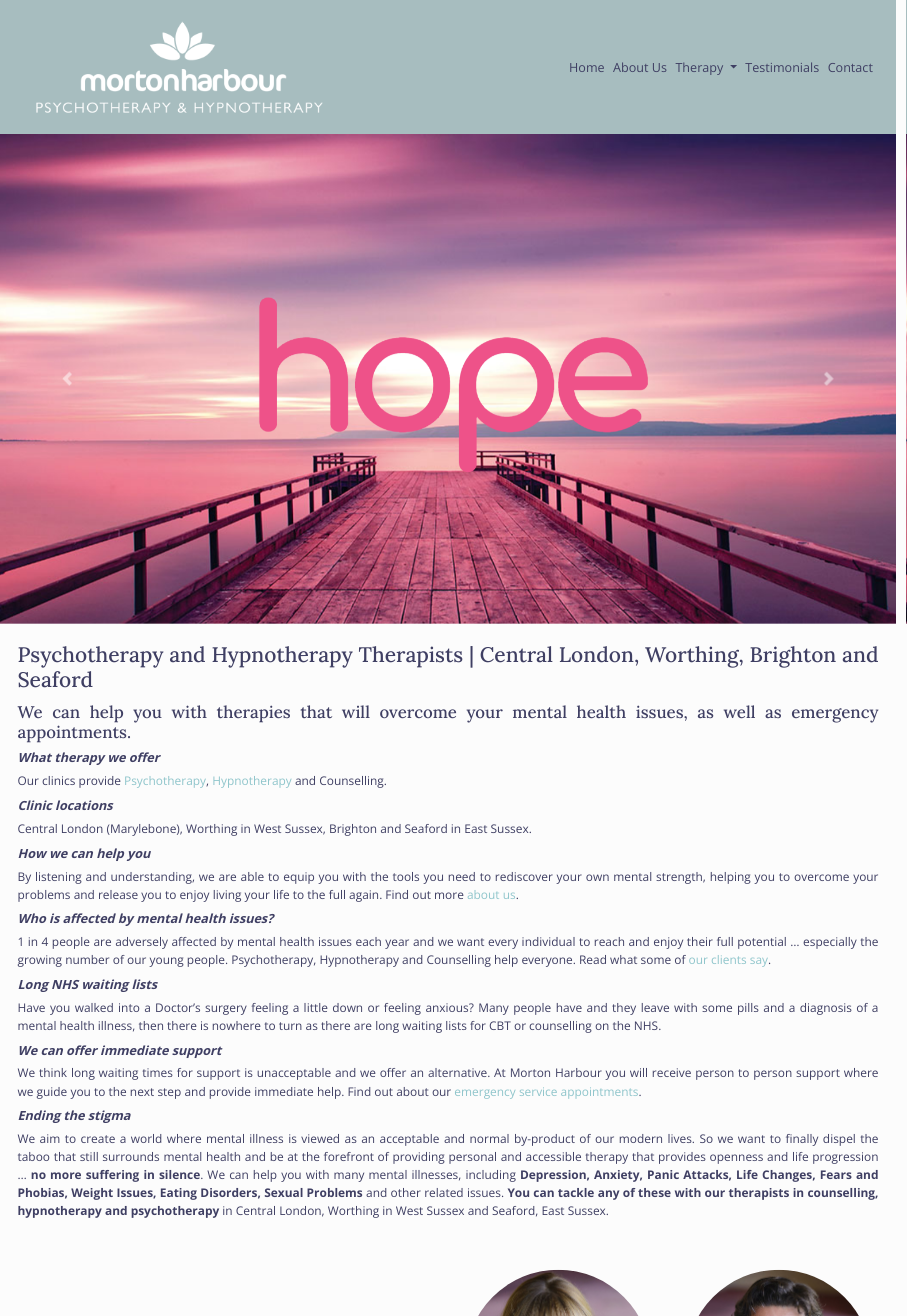
Repository: Code-Institute-Submissions/mortonharbour
Page: index.html
The author's editor kept a record of every edit. The page is drawn from the files as they stood at one moment, then again after the next edit.
The browser window is 1280 px wide. The page is 1295 px wide, so the pictures cover 1295 px, including what lies to the right of the window. The pictures show the part of the page from y = 0 to 1880 px (the page is 3219 px tall), at 70% of full size.
Some web libraries are served in a nearby version.

Above is the page before.

### index.html
<!DOCTYPE html>
<html lang="en">

<head>
    <meta charset="UTF-8">
    <meta name="viewport" content="width=device-width, initial-scale=1.0">
    <meta http-equiv="X-UA-Compatible" content="ie=edge">

    <!--Links to Bootstrap, JavaScript and FontAwesome cdn, customer style.css file-->
    <link rel="stylesheet" href="https://stackpath.bootstrapcdn.com/bootstrap/4.4.0/css/bootstrap.min.css" integrity="sha384-SI27wrMjH3ZZ89r4o+fGIJtnzkAnFs3E4qz9DIYioCQ5l9Rd/7UAa8DHcaL8jkWt" crossorigin="anonymous">
    <link rel="stylesheet" href="https://stackpath.bootstrapcdn.com/font-awesome/4.7.0/css/font-awesome.min.css" type="text/css" />
    <script src="https://code.jquery.com/jquery-3.2.1.slim.min.js" integrity="sha384-KJ3o2DKtIkvYIK3UENzmM7KCkRr/rE9/Qpg6aAZGJwFDMVNA/GpGFF93hXpG5KkN" crossorigin="anonymous"></script>
    <script src="https://cdnjs.cloudflare.com/ajax/libs/popper.js/1.11.0/umd/popper.min.js" integrity="sha384-b/U6ypiBEHpOf/4+1nzFpr53nxSS+GLCkfwBdFNTxtclqqenISfwAzpKaMNFNmj4" crossorigin="anonymous"></script>
    <script src="https://maxcdn.bootstrapcdn.com/bootstrap/4.0.0-beta/js/bootstrap.min.js" integrity="sha384-h0AbiXch4ZDo7tp9hKZ4TsHbi047NrKGLO3SEJAg45jXxnGIfYzk4Si90RDIqNm1" crossorigin="anonymous"></script>

    <link rel="stylesheet" href="assets/css/style.css" />

    <title>MortonHarbour</title>
</head>

<body>
    <header>
        <div class="container-fluid">
            <nav class="navbar navbar-expand-lg navbar-light">
                <a href="index.html" class="col-sm-4 logo"><span class="sr-only">Go to our home page</span></a>

                <button class="navbar-toggler" type="button" data-toggle="collapse" data-target="#navbarSupportedContent" aria-controls="navbarSupportedContent" aria-expanded="false" aria-label="Toggle navigation">
            <span class="navbar-toggler-icon"></span>
            </button>
                <div class="collapse navbar-collapse justify-content-end" id="navbarSupportedContent">
                    <ul class="navbar-nav">
                        <li class="nav-item active">
                            <a class="nav-link" href="index.html"><span class="sr-only">Go to our home page</span>Home</a>
                        </li>
                        <li class="nav-item active">
                            <a class="nav-link" href="about us.html"><span class="sr-only">Learn more about us</span>About Us</a>
                        </li>
                        <li class="nav-item dropdown">
                            <a class="nav-link dropdown-toggle" href="therapy.html" id="navbarDropdown" role="button" data-toggle="dropdown" aria-haspopup="true" aria-expanded="false">
                          Therapy
                        </a>
                            <div class="dropdown-menu" aria-labelledby="navbarDropdown">
                                <a class="dropdown-item" href="psychotherapy.html"><span class="sr-only">Find out about psychotherapy we offer</span>Psychotherapy</a>
                                <a class="dropdown-item" href="hypnotherapy.html"><span class="sr-only">Find out about hypnotherapy we offer</span>Hypnotherapy</a>
                            </div>
                        </li>
                        <li class="nav-item active">
                            <a class="nav-link" href="testimonials.html"><span class="sr-only">Find out what our clients say</span>Testimonials</a>
                        </li>
                        <li class="nav-item active">
                            <a class="nav-link" href="contact.html"><span class="sr-only">Contact Us</span>Contact</a>
                        </li>
                    </ul>
                </div>

            </nav>
        </div>
    </header>

    <!------------------------------------------------------------Carousel-Bootstrap-->

    <section class="hope-slide">
        <img class="d-block w-100" src="assets/images/hope-carousel.PNG" alt="First slide">
        <span class="sr-only">Hope image</span>
    </section>

    <section class="carousel-display">
        <div id="carouselExampleControls" class="carousel slide" data-interval="7000" data-ride="carousel">
            <div class="carousel-inner">
                <div class="carousel-item active">
                    <img class="d-block w-100" src="assets/images/hope-carousel.PNG" alt="First slide">
                </div>
                <div class="carousel-item other-slides">
                    <img class="d-block w-100" src="assets/images/anxiety-carousel.PNG" alt="Second slide">
                </div>
                <div class="carousel-item other-slides">
                    <img class="d-block w-100" src="assets/images/depression-carousel.PNG" alt="Third slide">
                </div>
                <div class="carousel-item other-slides">
                    <img class="d-block w-100" src="assets/images/sm-addiction-carousel.PNG" alt="Fourth slide">
                </div>
                <div class="carousel-item other-slides">
                    <img class="d-block w-100" src="assets/images/stress-carousel.PNG" alt="Fifth slide">
                </div>
            </div>
            <a class="carousel-control-prev" href="#carouselExampleControls" role="button" data-slide="prev">
    <span class="carousel-control-prev-icon" aria-hidden="true"></span>
    <span class="sr-only">Previous</span>
  </a>
            <a class="carousel-control-next" href="#carouselExampleControls" role="button" data-slide="next">
    <span class="carousel-control-next-icon" aria-hidden="true"></span>
    <span class="sr-only">Next</span>
  </a>
        </div>
    </section>
    <!------------------------------------------------------------End of Carousel-Bootstrap-->

    <!------------------------------------------------------------Initial content-->
    <section class="main-content-text">
        <div>
            <h1>Psychotherapy and Hypnotherapy Therapists | Central London, Worthing, Brighton and Seaford</h1>
            <h2>We can help you with therapies that will overcome your mental health issues, as well as emergency appointments.</h2>
        </div>
        <div>
            <h4><b><em>What therapy we offer</em></b></h4>
            <p>Our clinics provide <a href="psychotherapy.html" class="website-links"><span class="sr-only">Find out about psychotherapy we offer</span>Psychotherapy</a>, <a href="hypnotherapy.html" class="website-links"><span class="sr-only">Find out about hypnotherapy we offer</span>Hypnotherapy</a>                and Counselling.</p>
            <h4><b><em>Clinic locations</em></b></h4>
            <p>Central London (Marylebone), Worthing in West Sussex, Brighton and Seaford in East Sussex.</p>
            <h4><b><em>How we can help you</em></b></h4>
            <p>By listening and understanding, we are able to equip you with the tools you need to rediscover your own mental strength, helping you to overcome your problems and release you to enjoy living your life to the full again. Find out more
                <a href="about us.html" class="website-links"><span class="sr-only">Find out more about us</span>about us</a>.</p>
            <h4><b><em>Who is affected by mental health issues?</em></b></h4>
            <p>1 in 4 people are adversely affected by mental health issues each year and we want every individual to reach and enjoy their full potential … especially the growing number of our young people. Psychotherapy, Hypnotherapy and Counselling help
                everyone. Read what some of <a href="testimonials.html" class="website-links"><span class="sr-only">Find out what our clients say</span>our clients say</a>.</p>
            <h4><b><em>Long NHS waiting lists</em></b></h4>
            <p>Have you walked into a Doctor’s surgery feeling a little down or feeling anxious? Many people have and they leave with some pills and a diagnosis of a mental health illness, then there is nowhere to turn as there are long waiting lists for
                CBT or counselling on the NHS.</p>
            <h4><b><em>We can offer immediate support</em></b></h4>
            <p>We think long waiting times for support is unacceptable and we offer an alternative. At Morton Harbour you will receive person to person support where we guide you to the next step and provide immediate help. Find out about our <a href="contact.html"
                    class="website-links"><span class="sr-only">emergency appointments</span>emergency service appointments</a>.</p>
            <h4><b><em>Ending the stigma</em></b></h4>
            <p>We aim to create a world where mental illness is viewed as an acceptable and normal by-product of our modern lives. So we want to finally dispel the taboo that still surrounds mental health and be at the forefront of providing personal and
                accessible therapy that provides openness and life progression … <strong>no more suffering in silence</strong>. We can help you with many mental illnesses, including <b>Depression, Anxiety, Panic Attacks, Life Changes, Fears and Phobias, Weight
                    Issues, Eating Disorders, Sexual Problems</b> and other related issues. <b>You can tackle any of these with our therapists in counselling, hypnotherapy and psychotherapy</b> in Central London, Worthing in West Sussex and Seaford, East
                Sussex.
            </p>
        </div>
    </section>

    <!------------------------------------------------------------End of Initial content-->

    <!------------------------------------------------------------<Meet our Therapists-->
    <section class="main-content-text">
        <div class="row">
            <div class="col-sm-6 my-auto">
                <h3>Meet our therapists</h3>
                <p>Our therapists are fully qualified and experienced and offer Psychotherapy, Hypnotherapy and Counselling. We offer a free inital consultation of 30 mins and can see you in one of our clinics in London, Worthing, Brighton or Seaford.</p>
            </div>
            <div class="col-sm-3">
                <a href="about us.html">
                    <figure class="figure">
                        <img src="assets/images/magda-square.png" class="figure-img img-fluid rounded-circle" alt="Responsive image">
                        <figcaption class="figure-caption text-center">Magda Harbour</figcaption>
                        <span class="sr-only">Image of Magda</span>
                    </figure>
                </a>
            </div>
            <div class="col-sm-3">
                <a href="about us.html">
                    <figure class="figure">
                        <img src="assets/images/christian-square.png" class="figure-img img-fluid rounded-circle" alt="Responsive image">
                        <figcaption class="figure-caption text-center">Christian Morton</figcaption>
                        <span class="sr-only">Image of Christian</span>
                    </figure>
                </a>
            </div>
        </div>
    </section>
    <!------------------------------------------------------------<End of Meet our Therapists-->

    <!------------------------------------------------------------<Testimonial Cards-->
    <section>
        <div class="card-deck">
            <div class="card testimonial-cards-olive">
                <img class="card-img-top quote-icons" src="assets/images/quote-left.png" alt="Card image cap">
                <div class="card-body">
                    <p class="card-text">I’m sorry to go on, I hope you don’t mind me sending this, it’s my way of saying thanks – you have played such a big part in all this change and when I think how totally unhappy I was when I first met you, it’s hard to believe. The
                        only downside to being happy is the end of our sessions, but if you ever need a friend you know where I am. Thanks again and take care.</p>
                    <img class="card-img-top quote-icons" src="assets/images/quote-right.png" alt="Card image cap"></br>
                    <p class="card-text text-center caption-text"><small>Deb M | Seaford</small></p>
                </div>
            </div>
            <div class="card testimonial-cards-rose">
                <img class="card-img-top quote-icons" src="assets/images/quote-left.png" alt="Card image cap">
                <div class="card-body">
                    <p class="card-text">When you have lived with systematic emotional abuse for 28 years your self esteem is non existent. When you look in the mirror you do not recognise the person staring back at you and what you see is not a good look. I had lost complete
                        control of every aspect of my life and was, I’m sorry to say, near breaking point. Seeing Christian on a regular basis over the past 2 years has changed that completely. I have regained my self respect, my self esteem, my self
                        worth and become the person I never believed I could be. I am the person I always wanted to be. Thank you Christian for giving me the tools to do all this.</p>
                    <img class="card-img-top quote-icons" src="assets/images/quote-right.png" alt="Card image cap"></br>
                    <p class="card-text text-center caption-text"><small>Nic C | Worthing</small></p>
                </div>
            </div>
            <div class="card testimonial-cards-olive">
                <img class="card-img-top quote-icons" src="assets/images/quote-left.png" alt="Card image cap">
                <div class="card-body">
                    <p class="card-text">Hi Magda, hope your okay. I have been doing so well and keeping very positive, I also have a job interview tomorrow, which I’m very excited about, so fingers crossed I get it ! I would love to come and see you but actually don’t feel
                        I need to… let’s hope it stays that way. Thank you for all your help getting me this far, I’m so proud of myself. Lots of love xx</p>
                    <img class="card-img-top quote-icons" src="assets/images/quote-right.png" alt="Card image cap"></br>
                    <p class="card-text text-center caption-text"><small>Nic C | Worthing</small></p>
                </div>
            </div>
        </div>
    </section>
    <!------------------------------------------------------------<End of Testimonial Cards-->

    <!------------------------------------------------------------<Newsletter Sign Up-->
    <section>
        <div class="card testimonial-cards-rose newsletter-signup">
            <form action="#" method="post">
                <div class="div">
                    <h3><b>Sign up to our Newsletter</b></h3>
                    <p>For the latest news straight from the therapy room</p>
                </div>
                <fieldset>
                    <input type="text" name="Name" placeholder="First Name" id="first-name" required/>
                    <input type="text" name="Surname" placeholder="Last Name" id="last-name" required/>
                    <input type="email" name="Email" placeholder="Email Address" id="email-address" required/></br>
                </fieldset>
                <input type="button" value="Sign Up" id="submit-button" data-toggle="modal" data-target="#newsletterModal" />
            </form>
        </div>
        <div class="modal fade" id="newsletterModal" tabindex="-1" role="dialog" aria-labelledby="newsletterModalLabel" aria-hidden="true">
            <div class="modal-dialog" role="document">
                <div class="modal-content">
                    <div class="modal-body">
                        <p>Thank you for siging up to our newsletter.</br>
                            We have sent you an email to confirm your subscription.</p>
                        <button type="button" class="btn btn-secondary" data-dismiss="modal">Close</button>
                    </div>
                </div>
            </div>
        </div>
        </div>
    </section>
    <!------------------------------------------------------------<End of Newsletter Sign Up-->

    <footer class="container-fluid">
        <div class="row">
            <a href="index.html" class="col-sm-4 footer-logo">
                <span class="sr-only">Go to our home page</span>
            </a>
            <div class="div col-sm-4"></div>
            <div class="col-sm-4">
                <ul class="list-inline text-center social-media-icons">
                    <li class="list-inline-item">
                        <a target="_blank" href="https://www.facebook.com/MortonHarbour/">
                            <i class="fa fa-facebook" aria-hidden="true"></i>
                            <span class="sr-only">Facebook opens in a new window</span>
                        </a>
                    </li>
                    <li class="list-inline-item">
                        <a target="_blank" href="https://twitter.com/mortonharbour">
                            <i class="fa fa-twitter" aria-hidden="true"></i>
                            <span class="sr-only">Twitter opens in a new window</span>
                        </a>
                    </li>
                    <li class="list-inline-item">
                        <a target="_blank" href="https://www.instagram.com/morton_harbour/">
                            <i class="fa fa-instagram" aria-hidden="true"></i>
                            <span class="sr-only">Instagram opens in a new window</span>
                        </a>
                    </li>
                    <li class="list-inline-item">
                        <a target="_blank" href="https://www.linkedin.com/in/magda-harbour-maphp-51b590b4/">
                            <i class="fa fa-linkedin" aria-hidden="true"></i>
                            <span class="sr-only">LinkedIn opens in a new window></span>
                        </a>
                    </li>
                </ul>
            </div>
        </div>
        <div class="row">
            <div class="div col-sm-4 text-center footer-address">
                <address>28 Crown Hill, Seaford East Sussex BN25 2XJ</br>
                <a href="tel:+01323652332">01323 652332
                    <span class="sr-only">contact number</span>
                </a></br>
                <a href="mailto:#">contact@mortonharbour.com
                    <span class="sr-only">email address</span>
                </a>
                </address>
            </div>
            <a href="https://www.aphp.co.uk/" target="_blank" class="col-sm-4 aphp-logo">
                <span class="sr-only">Visit the APHP website</span>
            </a>
            <a href="https://www.nrpc.co.uk/" target="_blank" class="col-sm-4 nrpc-logo">
                <span class="sr-only">Visit the NRPC website</span>
            </a>
        </div>
        <div class="row">
            <div class="col-sm-4 text-center privacy-policy">
                <div class="col-sm-8"></div>
                <a href="privacy policy.html" target="_blank"><span class="sr-only">Please read our privacy policy</span>Privacy Policy</a>
            </div>
        </div>

    </footer>
</body>

</html>

Loaded but not shown: assets/css/style.css (555 lines, source omitted)

After the next edit:
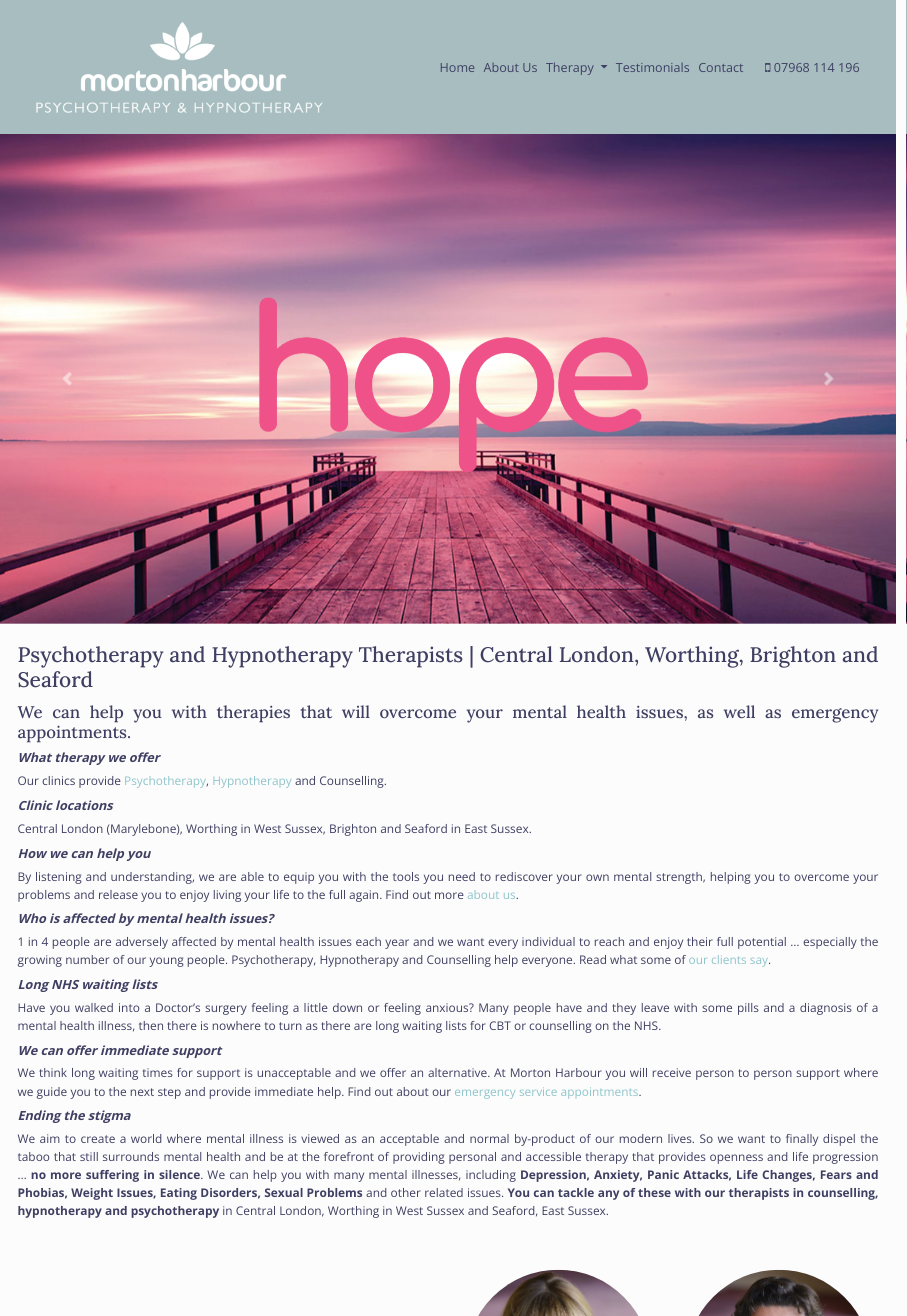
The edit:
--- a/index.html
+++ b/index.html
@@ -52,7 +52,8 @@
                         </li>
                     </ul>
                 </div>
-
+                <span id="header-mobile"><a href="tel:#"><i class="fa fa-mobile" aria-hidden="true"></i>
+                <span class="sr-only">Call us</span>07968 114 196</a></span>
             </nav>
         </div>
     </header>
